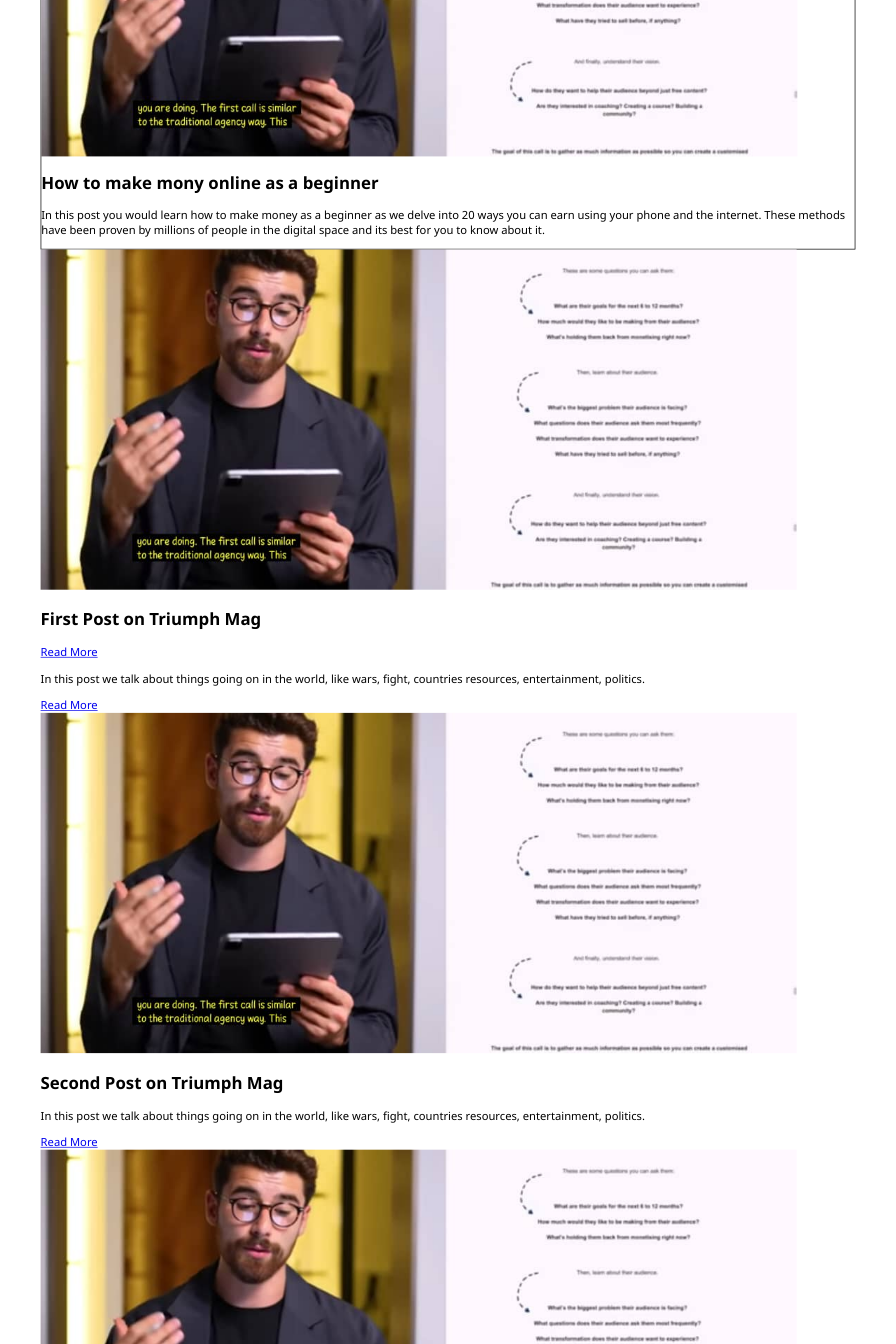
Repository: zikcolle/Triumph-Blog
Page: index.html
An editor plug-in stored every save of this project. The page is shown before and after a run of saves, followed by the edit.
The browser window is 1280 px wide. The pictures show the part of the page from y = 469 to 2389 px (the page is 5417 px tall before and 5422 px after), at 70% of full size.

Above is the page before, as saved 2026-06-21 14:27:48.

After the next 3 saves:
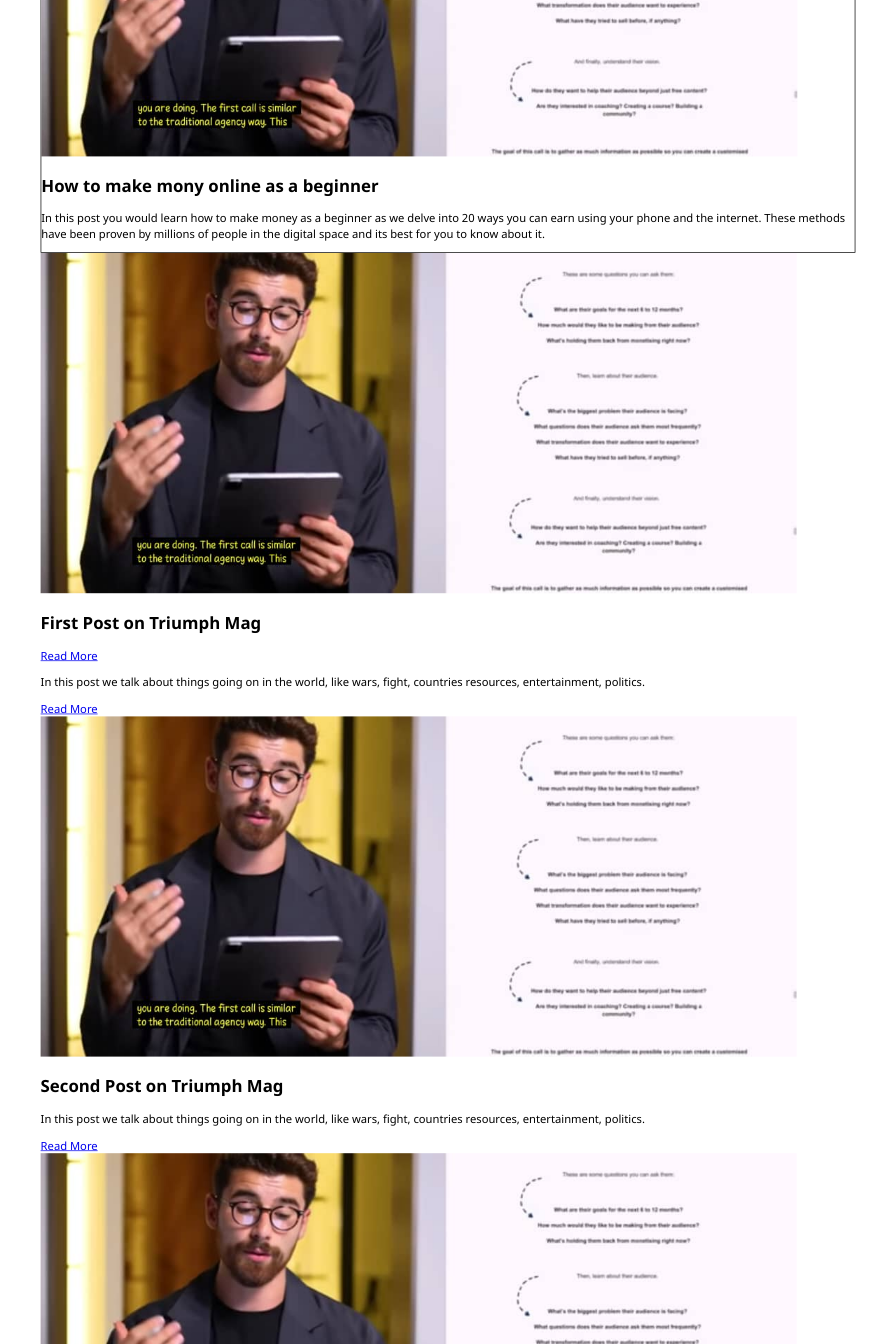
The 3 saves are shown as one change because they came seconds apart.
The last was saved 18 s later.
--- a/styles.css
+++ b/styles.css
@@ -42,8 +42,8 @@ main {
     display: block;
 }
 
-.feat-post img {
+/*.feat-post img {
   max-width: 100%;
   height: auto;
   display: block;
-}
+}*/
